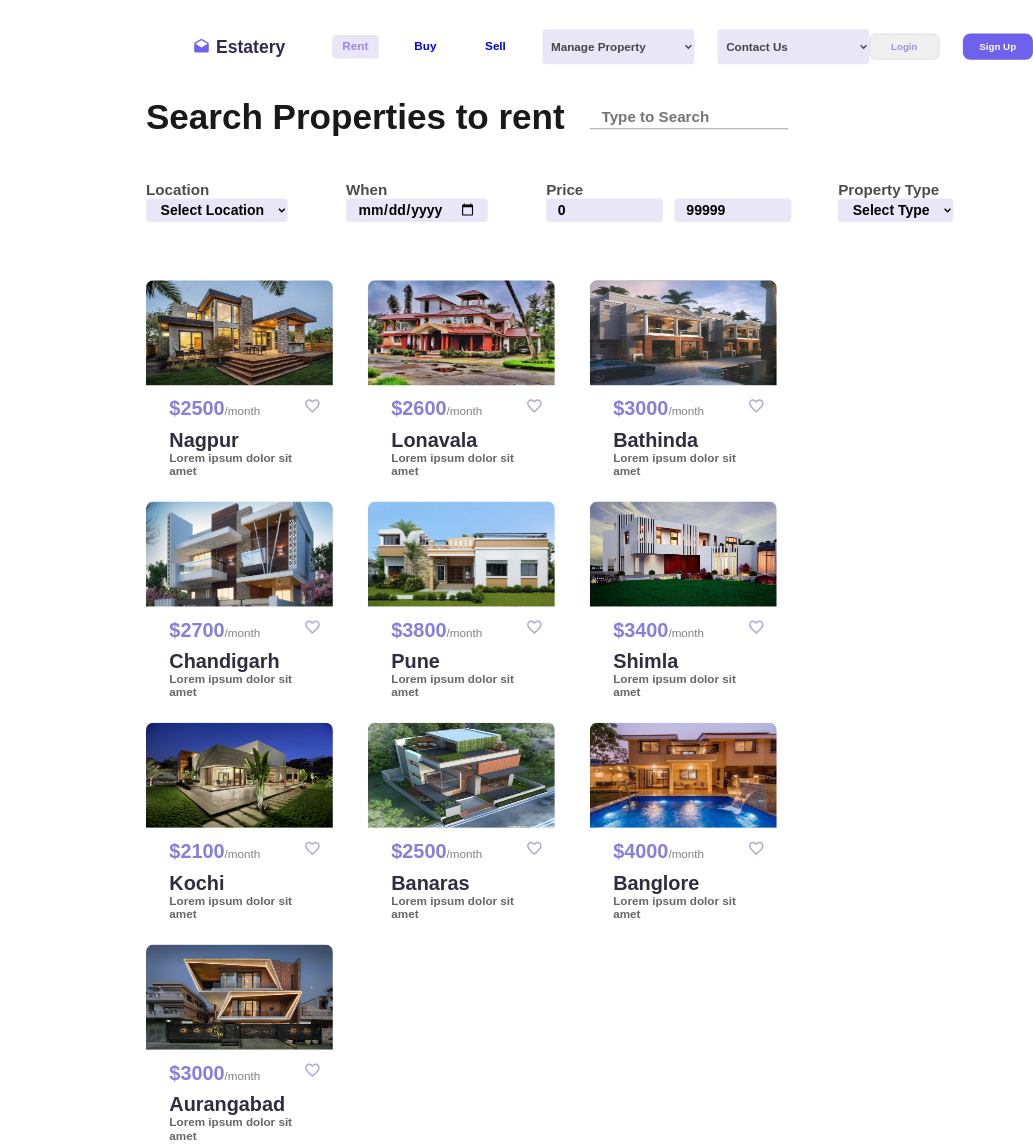
Repository: kapil4457/Reunion-Internship-Assignment
Page: /
These files come from the project's save history. The page is drawn as it stood at one moment and after the next save; the edit follows.
The browser window is 1280 px wide. The page is 1415 px wide, so the pictures cover 1415 px, including what lies to the right of the window. The pictures show the whole page, at 73% of full size.
The project was rebuilt for these pictures with package versions that can differ from the ones it lists, and the page was loaded fresh each time. Also part of the build but not shown: src/App.css.

Above is the page before, as saved 2022-10-07 18:35:47.

After the next save:
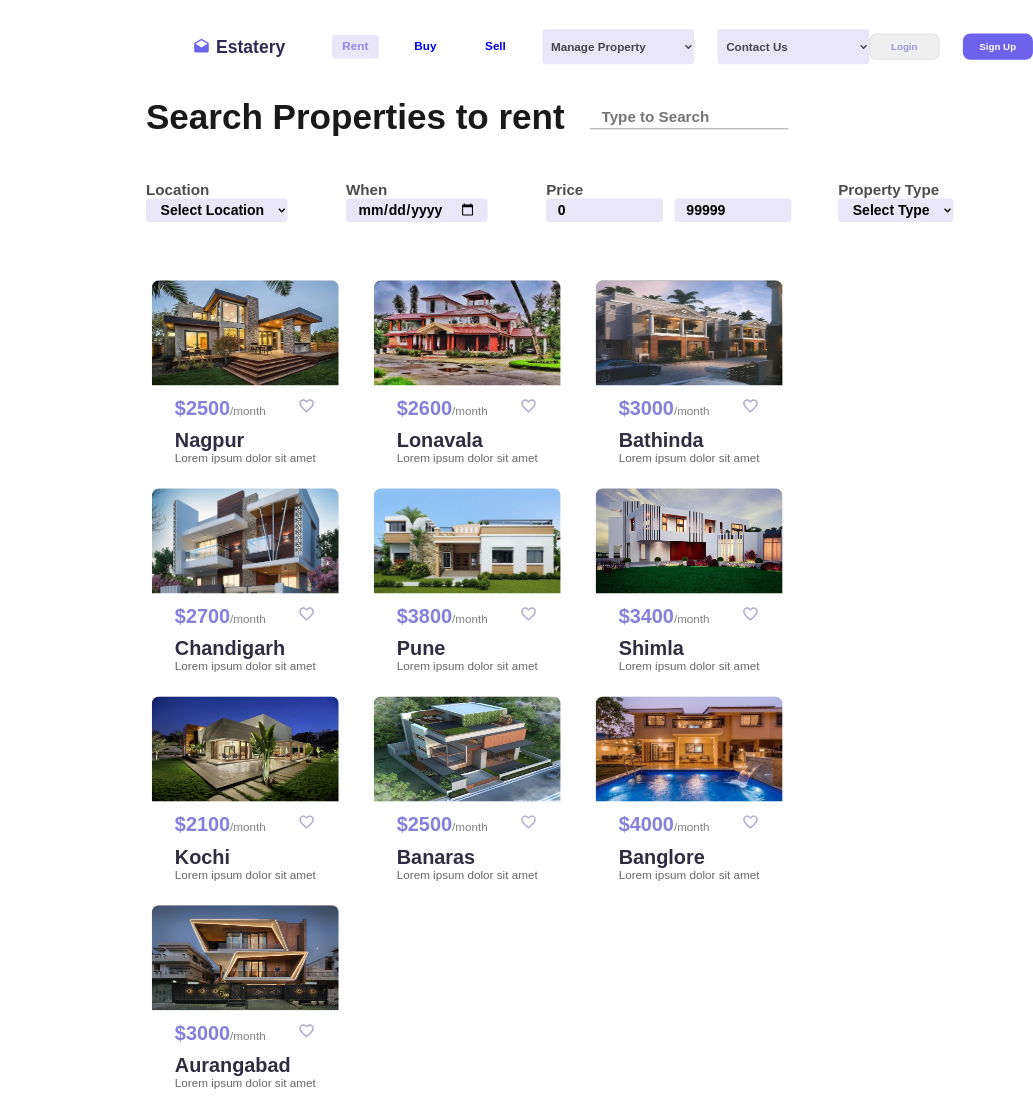
Saved 5 s later.
--- a/src/components/RentCard/RentCard.css
+++ b/src/components/RentCard/RentCard.css
@@ -43,5 +43,5 @@
 }
 .rent-card-address{
     color:rgba(0,0,0,0.6);
-    font-weight: none;
+    font-weight: 300;
 }

After the 3 saves that followed:
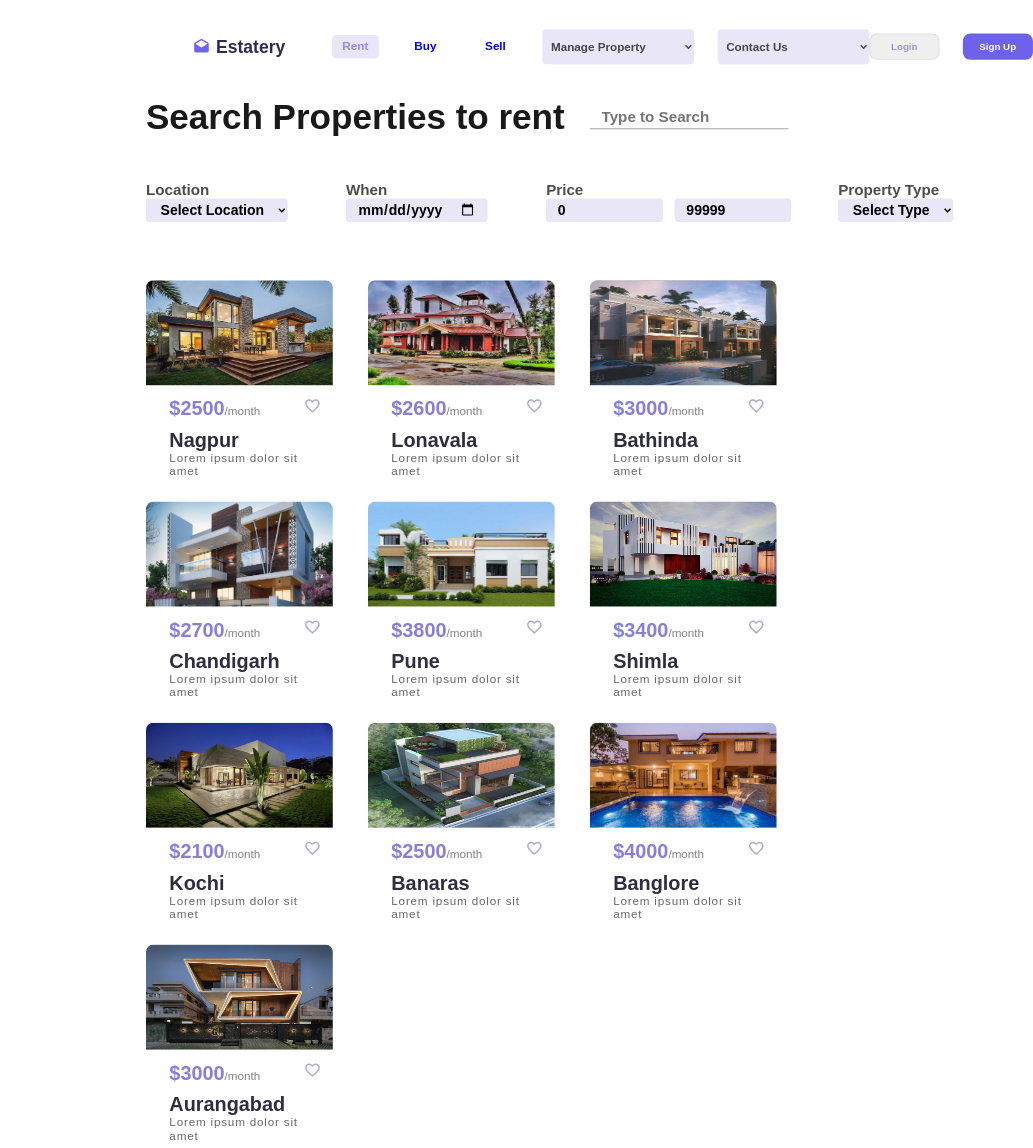
The 3 saves are shown as one change because 2 left the picture as it was.
The last was saved 37 s later.
--- a/src/components/RentCard/RentCard.css
+++ b/src/components/RentCard/RentCard.css
@@ -43,5 +43,6 @@
 }
 .rent-card-address{
     color:rgba(0,0,0,0.6);
-    font-weight: 300;
+    font-weight: 350;
+    letter-spacing: 1.1px;
 }
